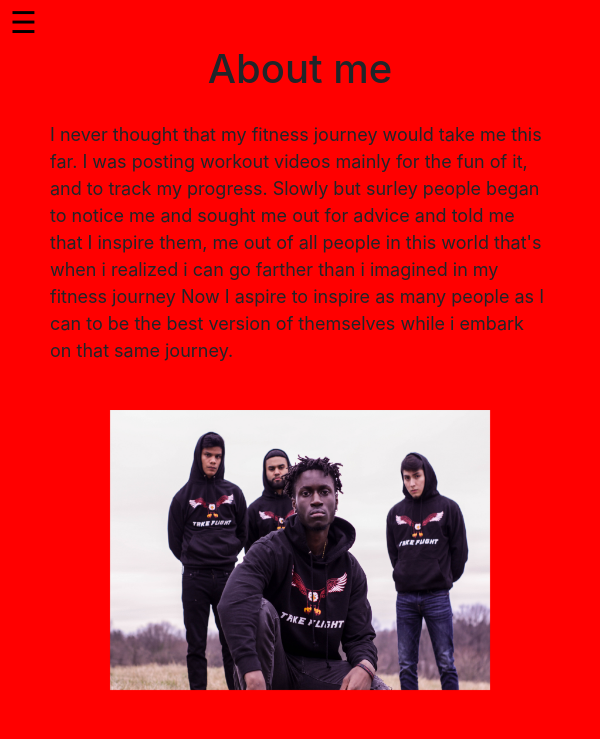
Repository: mamadont/MamadouFitnessWebsite
Page: pages-html/about-me.html
The author's editor kept a copy of each file at every save. The page is drawn from the files as they stood at one save, then again after the next save.
The browser window is 600 px wide. The pictures show the whole page.
Some web libraries are served in a nearby version.

Above is the page before, as saved 2020-07-09 01:24:51.

After the next save:
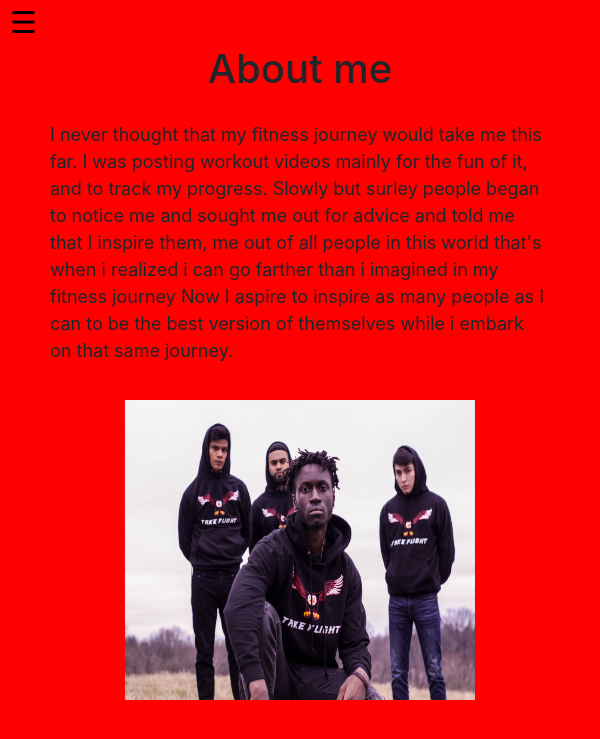
Saved 17 s later.
--- a/pages-css/about-me.css
+++ b/pages-css/about-me.css
@@ -124,8 +124,7 @@ p {
     }
     #my-image {
         height: 300px;
-        width: 400px;
-        padding: 10px;
+        width: 350px;
         margin: auto;
     }
 }
